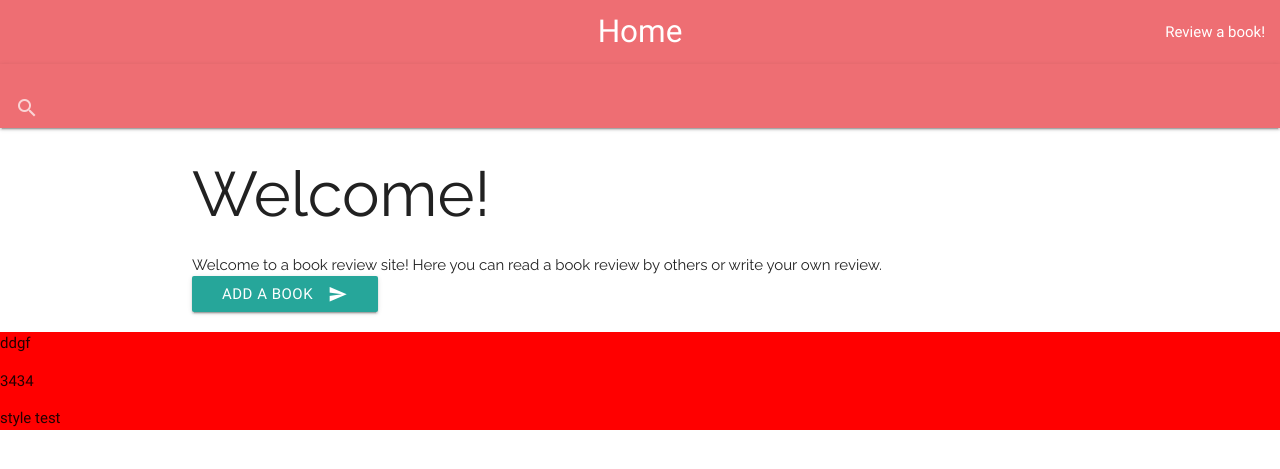
Repository: h8130084/bookReview
Page: http://localhost/
The author's editor kept a record of every edit. The page is drawn from the files as they stood at one moment, then again after the next edit.
The browser window is 1280 px wide. The pictures show the whole page.
Some web libraries are served in a nearby version. The page is served by the project's application, run on Flask 3 (app.py). Queries for data that is not in the repository find no rows.

Above is the page before.
Console error: ReferenceError: M is not defined

### templates/books.html
{% extends 'base.html' %} {% block content %}

<div class="container">
    <h1> Welcome!</h1>
    <div class="sub-heading" "row"> Welcome to a book review site! Here you can read a book review by others or write your own review.</div>



    {% for book in books%}

    <div class="collection">
        <a href="{{url_for( 'book_info', book_id=book._id)}} " class="collection-item"> {{book.Title}}</a>
    </div>

    {% endfor %}



    <div class="row" "addBookButton">
        <form action="{{url_for('add_book')}}" class="col s12">
            <button class="btn waves-effect waves-light" type="submit" name="action">add a book
                <i class="material-icons right">send</i>
            </button>
        </form>
    </div>

</div>
</div>

{% endblock %}

### templates/base.html
<!DOCTYPE html>
<html lang="en">

<head>
    <meta charset="UTF-8">
    <meta name="viewport" content="width=device-width, initial-scale=1.0">
    <meta http-equiv="X-UA-Compatible" content="ie=edge">

    <!-- taken from google fonts, materilaize and cdnjs -->
    <link href="https://fonts.googleapis.com/icon?family=Material+Icons" rel="stylesheet">
    <link rel="stylesheet" href="https://cdnjs.cloudflare.com/ajax/libs/materialize/0.100.2/css/materialize.min.css">
    <link rel="stylesheet" href="{{url_for('static', filename='/style.css')}}" type="text/css" />

    <title>Document</title>
</head>

<body>
    <header>
        <nav>
            <div class="nav-wrapper">
                <a href="{{url_for('get_books')}}" class="brand-logo center">Home</a>
                <ul id="nav-mobile" class="right">
                    <li><a href="{{url_for('add_book')}}">Review a book!</a></li>
            </div>
        </nav>
        <nav>
            <div class="nav-wrapper">
                <div class="search">
                <form action="" method="post" "get">
                    <div class="input-field" "center">
                        <input id="search" type="search" required>
                        <label class="label-icon" for="search"><i class="material-icons">search</i></label>
                        <i class="material-icons">close</i>
                    </div>
                </form>
                </div>
            </div>
        </nav>
    </header>



    {% block content %} {% endblock %}

    <script src="https://cdnjs.cloudflare.com/ajax/libs/jquery/3.2.1/jquery.min.js"></script>
    <script src="https://cdnjs.cloudflare.com/ajax/libs/materialize/0.100.2/js/materialize.min.js"></script>
    <script type="text/javascript">
        $(document).ready(function() {
            $('.tabs').tabs();
            $('#Review').val('New Text');
            M.textareaAutoResize($('#Review'));
            $('.sidenav').sidenav();
        });
    </script>
    </div>


</body>

<div class="footer">
    <p>ddgf</p>
    <p>3434</p>
    <p>style test</p>

</html>

### app.py
import os
from flask import Flask, render_template, redirect, request, url_for
from flask_pymongo import PyMongo
from bson.objectid import ObjectId
import env

app = Flask(__name__)

app.config["MONGO_DBNAME"] = 'book_review'
app.config["MONGO_URI"] = env.MONGO_URI


mongo = PyMongo(app)

@app.route('/')
@app.route('/ get_books')
def get_books():
     return render_template("books.html", books=mongo.db.book_details.find())

@app.route('/search', methods= ['GET', 'POST'])
def search(book_id):
    if request.method =="POST":
        the_book = mongo.db.book_details.find({"Title"})
        all_categories = mongo.db.categories.find()
        return render_template('bookdetails.html', book=the_book, categories=all_categories)

@app.route('/edit_book/<book_id>')
def edit_book(book_id):
    the_book = mongo.db.book_details.find_one({"_id": ObjectId(book_id)})
    all_categories = mongo.db.categories.find()
    return render_template('editbook.html', book=the_book, categories=all_categories)

@app.route('/update_book/<book_id>', methods=["POST"])
def update_book(book_id):
    books = mongo.db.book_details
    books.update( {'_id': ObjectId(book_id)},
    {
        'Title': request.form.get('Title'),
        'Author': request.form.get('Author'),
        'Genre': request.form.get('Genre'),
        'Year': request.form.get('Year'),
        'Image_URL': request.form.get('Image_URL'),
        'Amazon': request.form.get('Amazon'),
        'Review': request.form.get('Review')
    })
    return redirect(url_for('get_books'))

#book details page
@app.route('/book_info/<book_id>')
def book_info(book_id):
    the_book = mongo.db.book_details.find_one({"_id": ObjectId(book_id)})
    all_categories = mongo.db.categories.find()
    return render_template('bookdetails.html', book=the_book, categories=all_categories, comments=mongo.db.comments.find())

def get_comments():
     return render_template('bookdetails.html', comments=mongo.db.comments.find())

#  takes the details from the form and adds the comment to the database, then redirects to bookdetails page

@app.route('/insert_comment', methods=['POST'])
def insert_comment():

    new_comment = {
        'bookID': request.form.get('Title'),
        'comment': request.form.get('comment')
    }
    comments = mongo.db.comments
    books = mongo.db.book_review
    comments.insert_one(new_comment)
    # ----- get comments should be book.details page to display that the comment just added is present
    return  redirect(url_for('get_books'))

# displays add books page
@app.route('/add_book')
def add_book():
    return render_template('addbook.html')

#  takes the details from the form and adds the book to the database, then redirects to home page
@app.route('/insert_book', methods=['POST'])
def insert_book():

    new_book = {
        'Title': request.form.get('Title'),
        'Author': request.form.get('Author'),
        'Genre': request.form.get('Genre'),
        'Year': request.form.get('Year'),
        'Image_URL': request.form.get('Image_URL'),
        'Amazon': request.form.get('Amazon'),
        'Review': request.form.get('Review'),
        'upvotes': 0,
    }

    books = mongo.db.book_details
    books.insert_one(new_book)
    # ----- get books should be home page to display that the book just added is present
    return redirect(url_for('get_books'))

# delete the book
@app.route('/delete_book/<book_id>')
def delete_book(book_id):
    mongo.db.book_details.remove({'_id': ObjectId(book_id)})
    return redirect(url_for('get_books'))


if __name__ == '__main__':
    app.run(host=os.environ.get('IP'),
    port=int(os.environ.get('PORT')),
    debug=True)

### static/style.css
@import url('https://fonts.googleapis.com/css?family=Raleway&display=swap');

.footer{
    background-color: red;
}

/*.coverIMG {*/
/*  width: 100%;*/
/*  max-width: 10px;*/
/*  height: auto;*/
/*  position: center;*/
/*}*/

.books{
   background-color: red;
   position: center;
   position: absolute;
 }

.list_of_books{
    text-align: center;
    border: double;
}

.tabs{
    position: center;
    position: relative;
}


/*text*/
h1{
  font-family: 'Raleway', sans-serif;
}
.sub-heading {
  font-family: 'Raleway', sans-serif;
}

After the next edit:
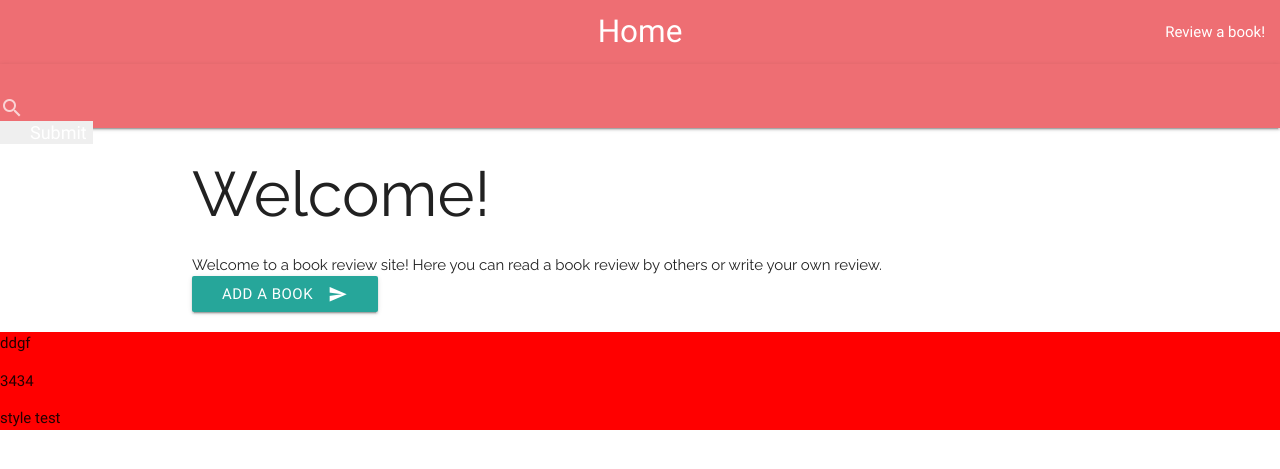
The edit:
--- a/templates/base.html
+++ b/templates/base.html
@@ -26,13 +26,15 @@
         <nav>
             <div class="nav-wrapper">
                 <div class="search">
-                <form action="" method="post" "get">
-                    <div class="input-field" "center">
-                        <input id="search" type="search" required>
-                        <label class="label-icon" for="search"><i class="material-icons">search</i></label>
-                        <i class="material-icons">close</i>
-                    </div>
-                </form>
+                    <form action="" method="post" "get">
+                        <div class="input-field" "center">
+                            <input id="search" type="search" name="Title" required>
+                            <input type="submit" value="Submit">
+                            <label class="label-icon" for="search"><i class="material-icons">search</i></label>
+
+                            <i class="material-icons">close</i>
+                        </div>
+                    </form>
                 </div>
             </div>
         </nav>

After the edit that followed:
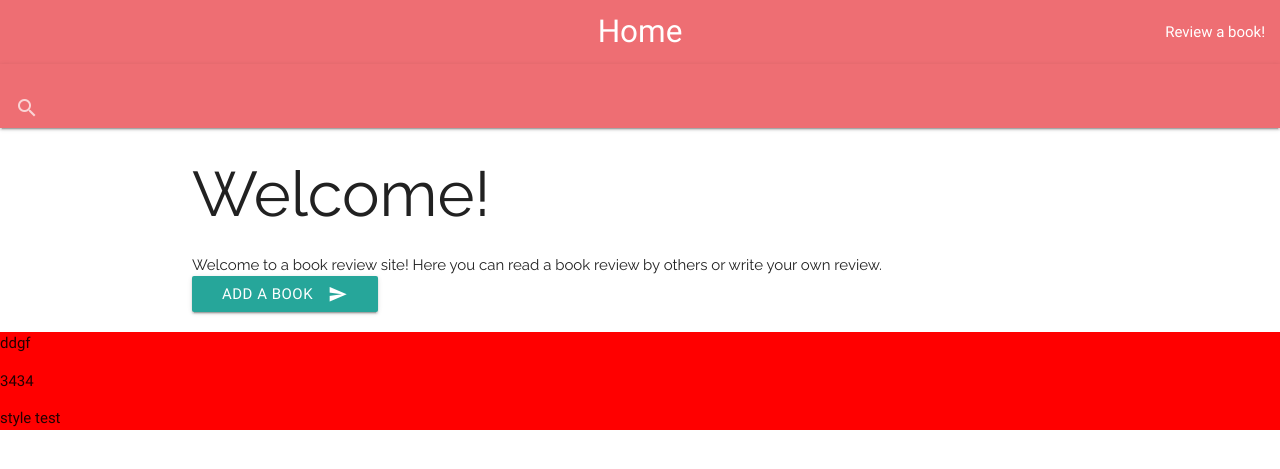
The edit:
--- a/templates/base.html
+++ b/templates/base.html
@@ -29,9 +29,8 @@
                     <form action="" method="post" "get">
                         <div class="input-field" "center">
                             <input id="search" type="search" name="Title" required>
-                            <input type="submit" value="Submit">
+
                             <label class="label-icon" for="search"><i class="material-icons">search</i></label>
-
                             <i class="material-icons">close</i>
                         </div>
                     </form>
